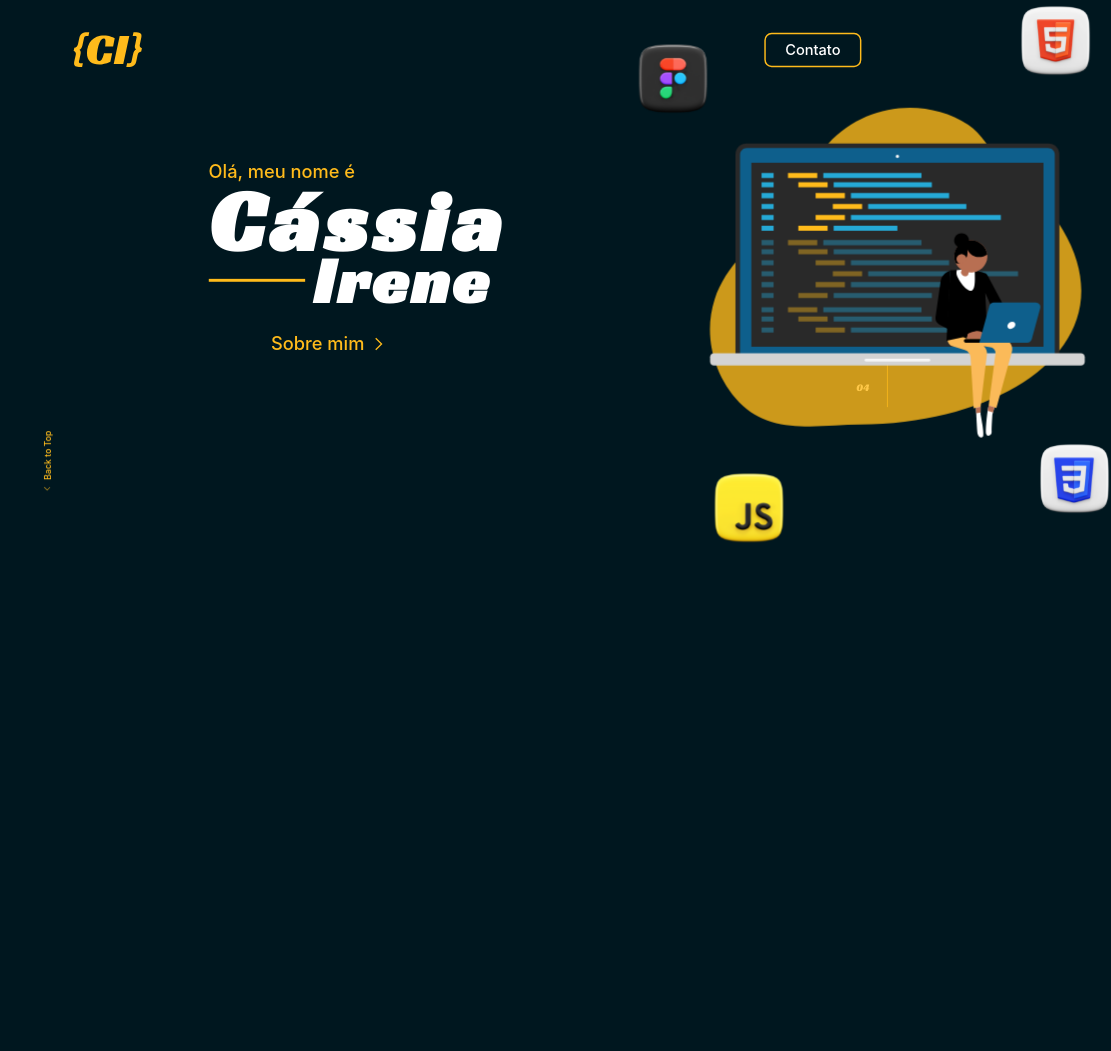
Repository: Cassia-Irene/My-Portfolio
Page: /
These files come from the project's save history. The page is drawn as it stood at one moment and after a run of saves; the edit follows.
The browser window is 1280 px wide. The page is 1522 px wide, so the pictures cover 1522 px, including what lies to the right of the window. The pictures show the whole page, at 73% of full size.
The project was rebuilt for these pictures with package versions that can differ from the ones it lists, and the page was loaded fresh each time. Also part of the build but not shown: vite.config.ts.

Above is the page before, as saved 2025-08-03 23:23:48.

After the next 2 saves:
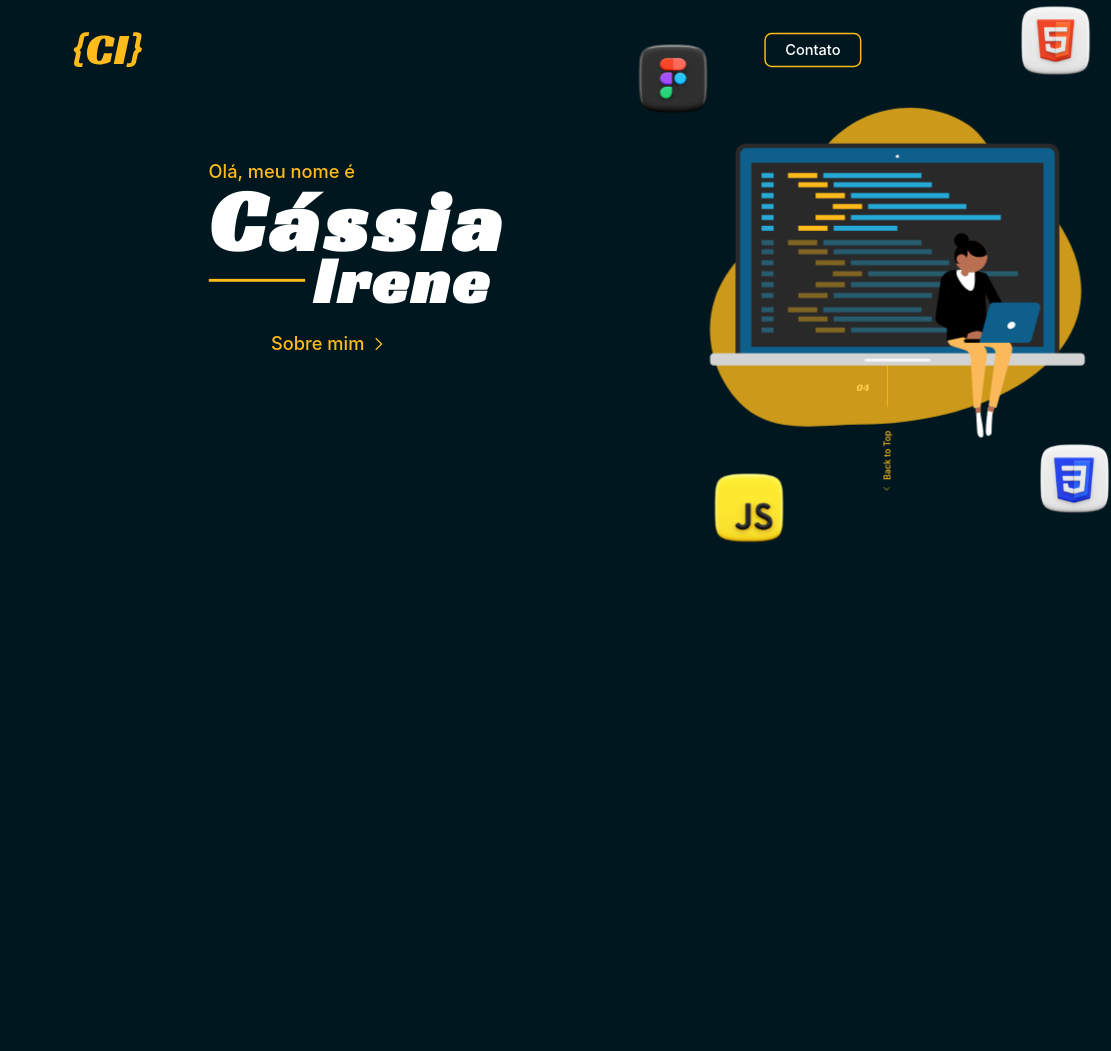
The 2 saves are shown as one change because they came seconds apart.
The last was saved 13 s later.
--- a/src/ScrollButton.tsx
+++ b/src/ScrollButton.tsx
@@ -5,7 +5,7 @@
 const ScrollDown = styled.button`
   position: fixed;
   bottom: 120px;
-  left: 20px;
+  right: 20px;
   transform: translateX(-50%);
   background: none;
   border: none;
